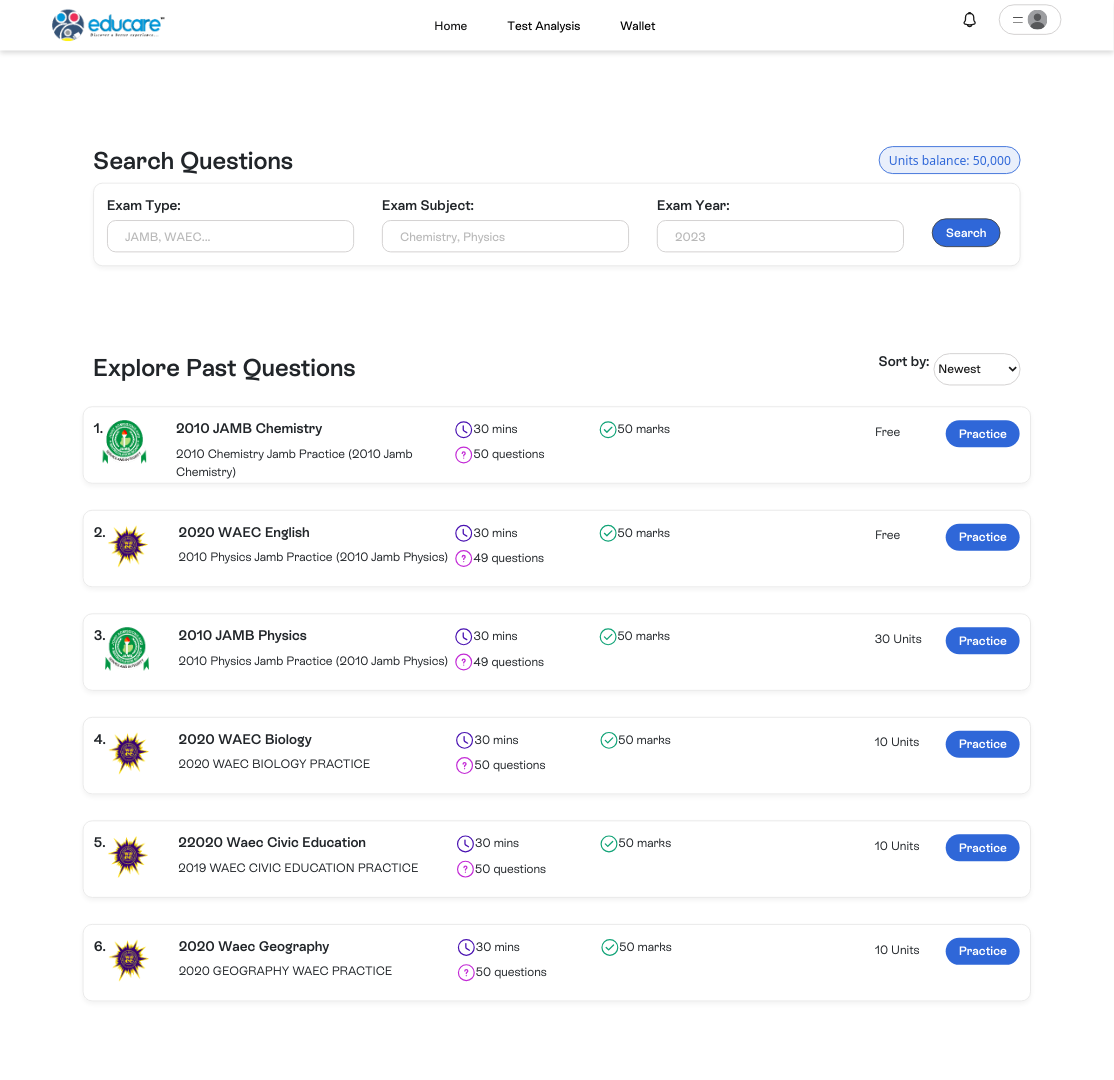
Repository: sarahnnanyelugo/educare-cbt
Page: /exam-list
An editor plug-in stored every save of this project. The page is shown before and after the next save, followed by the edit.
The browser window is 1280 px wide. The pictures show the whole page, at 87% of full size.
The project was rebuilt for these pictures with package versions that can differ from the ones it lists, and the page was loaded fresh each time. Also part of the build but not shown: src/components/Form/SignUpForm.js, src/pages/AuthenticationPage/auth.scss, src/pages/AuthenticationPage/AuthenticationPage.js, src/components/TestModal/test-modal.scss, src/components/EducareNavBar/MenuLink/menu-link.scss, src/components/EducareNavBar/MenuLink/MenuLink.js, src/components/EducareNavBar/MenuTab/MenuTab.js, src/components/EducareNavBar/MobileDrop/Mobile-drop.js and 42 more. Imported but missing from the stored project, and not drawn on this page: src/components/Form/Password, src/components/GoogleButton/GoogleButton.

Above is the page before, as saved 2023-11-13 15:13:22.

After the next save:
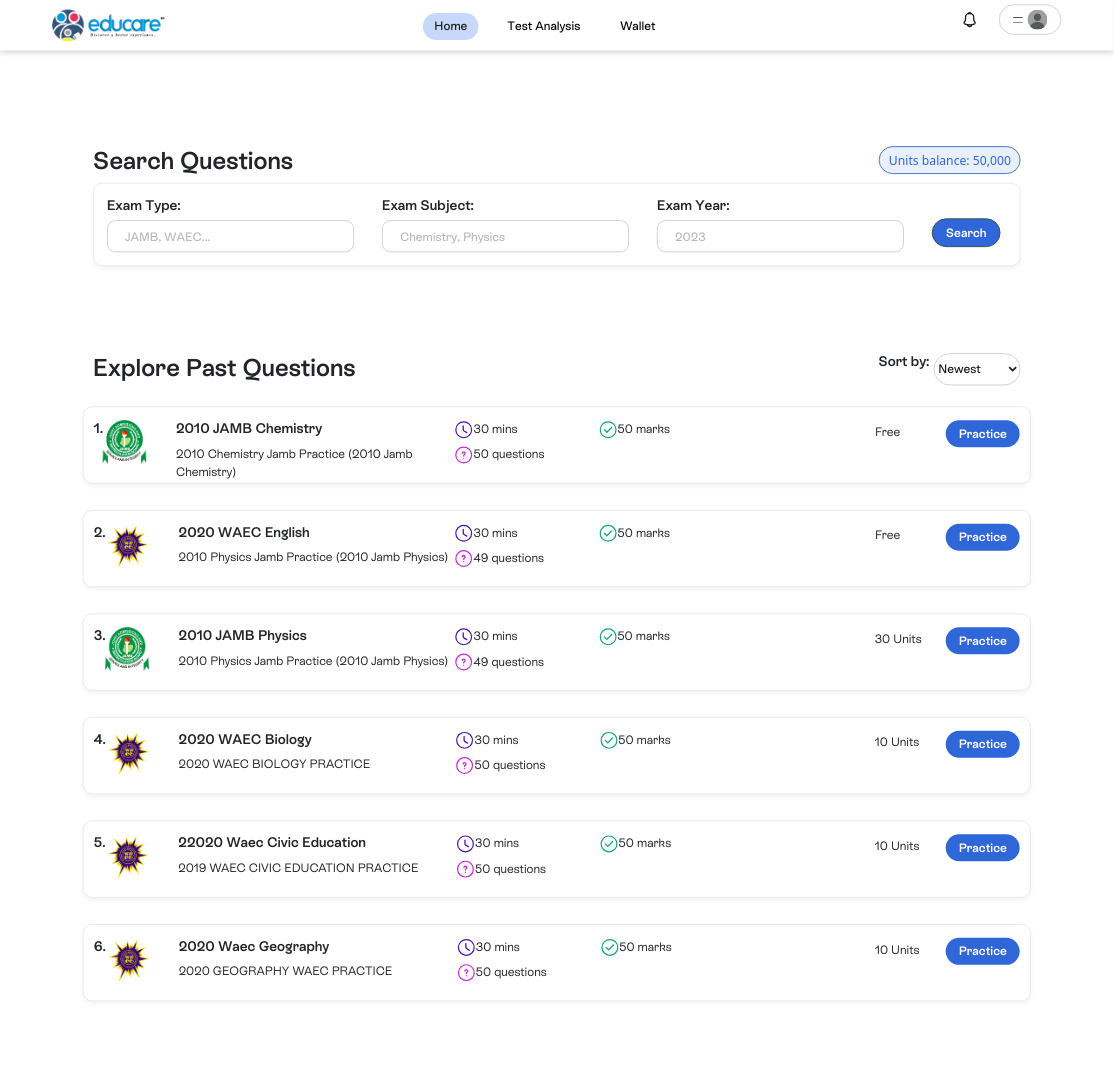
Saved 108 s later.
--- a/src/components/EducareNavBar/_educare-navbar.scss
+++ b/src/components/EducareNavBar/_educare-navbar.scss
@@ -112,7 +112,7 @@
 
 .active {
   button {
-    background: #fff !important;
+    background: #c7d8fa !important;
     color: #161617 !important;
   }
 }
